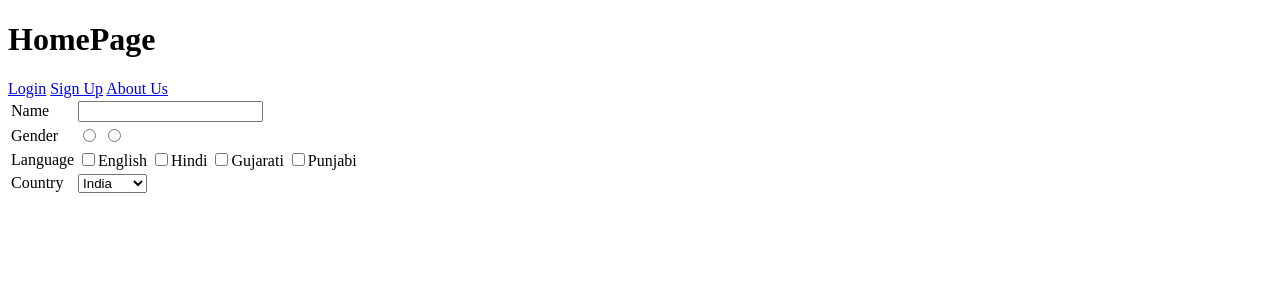
Repository: chirag555/Java_full_stack
Page: http://localhost/BasicMVC/Index.jsp
The author's editor kept a copy of each file at every save. The page is drawn from the files as they stood at one save, then again after the next save.
The browser window is 1280 px wide. The pictures show the whole page.
The page is served by Tomcat 9. Other server files are loaded and not shown.

Above is the page before, as saved 2020-02-13 07:43:39.

### BasicMVC/WebContent/Index.jsp
<%@ page language="java" contentType="text/html; charset=ISO-8859-1"
    pageEncoding="ISO-8859-1"%>
<!DOCTYPE html>
<html>
<head>
<meta charset="ISO-8859-1">
<title>Home Page</title>
</head>
<body>
<h1>HomePage</h1>
<a href="<%=request.getContextPath()%>/Controller?page=login">Login</a>
<a href="<%=request.getContextPath()%>/Controller?page=SignUp">Sign Up</a>
<a href="<%=request.getContextPath()%>/Controller?page=about">About Us</a>

<form metod=get action="submit.jsp">
<table>
<tr>
<td>Name</td>
<td><input type=text name=name></td>
</tr>
<tr>
<td>Gender</td>
<td><input type=radio name=gender value=male>
	  <input type=radio name=gender value=female></td></tr>
<tr><td>
Language</td><td><input type=checkbox name=language value=English>English
				<input type=checkbox name=language value=Hindi>Hindi
				<input type=checkbox name=language value=Gujarati>Gujarati
				<input type=checkbox name=language value=Punjabi>Punjabi
</td>
<tr>
<td>
Country</td><td><select name=country>
<option value=india>India</option>
<option value=usa>USA</option>
<option value=nepal>Nepal</option>
<option value=uganda>Uganda</option>
</select>
</td>
</tr>
</table>
</form>
</body>
</html>

After the next save:
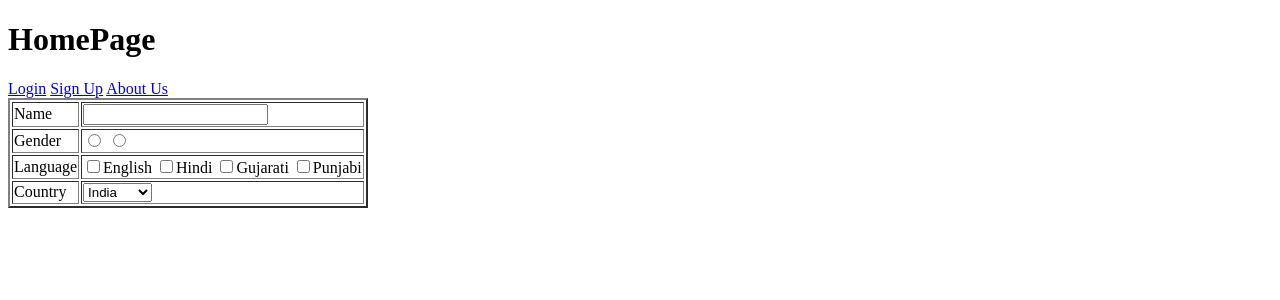
Saved 31 s later.
--- a/BasicMVC/WebContent/Index.jsp
+++ b/BasicMVC/WebContent/Index.jsp
@@ -13,7 +13,7 @@
 <a href="<%=request.getContextPath()%>/Controller?page=about">About Us</a>
 
 <form metod=get action="submit.jsp">
-<table>
+<table border=2>
 <tr>
 <td>Name</td>
 <td><input type=text name=name></td>
